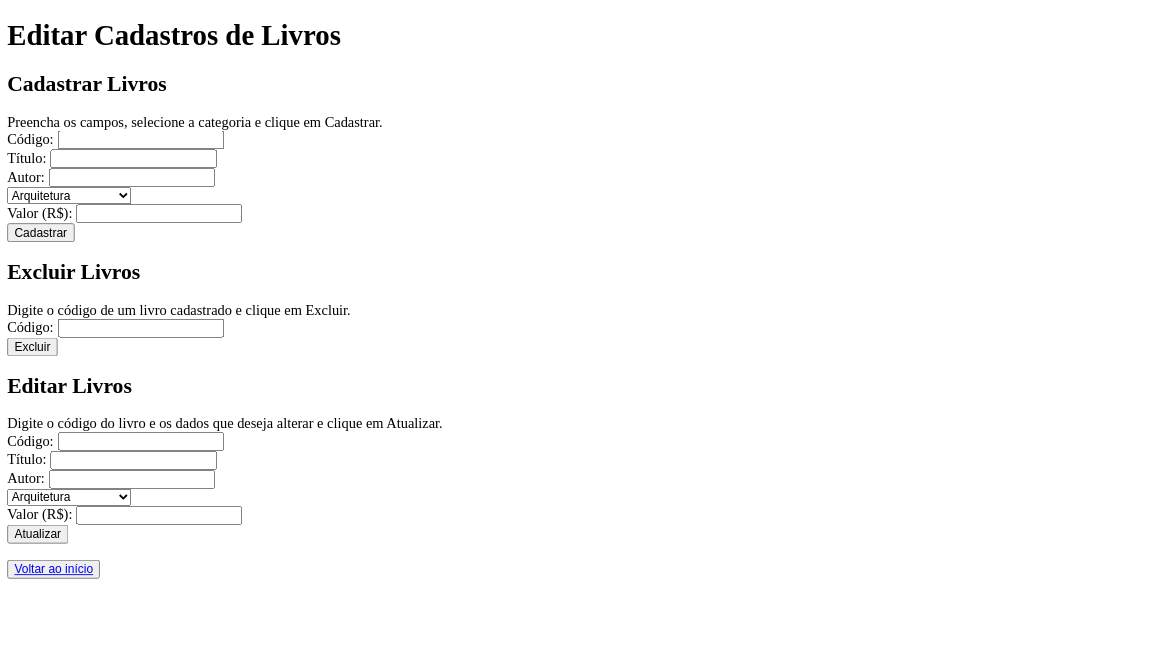
Repository: pedro202100/sistema-de-livros
Page: ProjetoLivrariaClienteServidor/src/main/webapp/cadastar_editar_livros.html
An editor plug-in stored every save of this project. The page is shown before and after the next save, followed by the edit.
The browser window is 1280 px wide. The pictures show the whole page, at 90% of full size.

Above is the page before, as saved 2022-11-07 02:25:04.

After the next save:
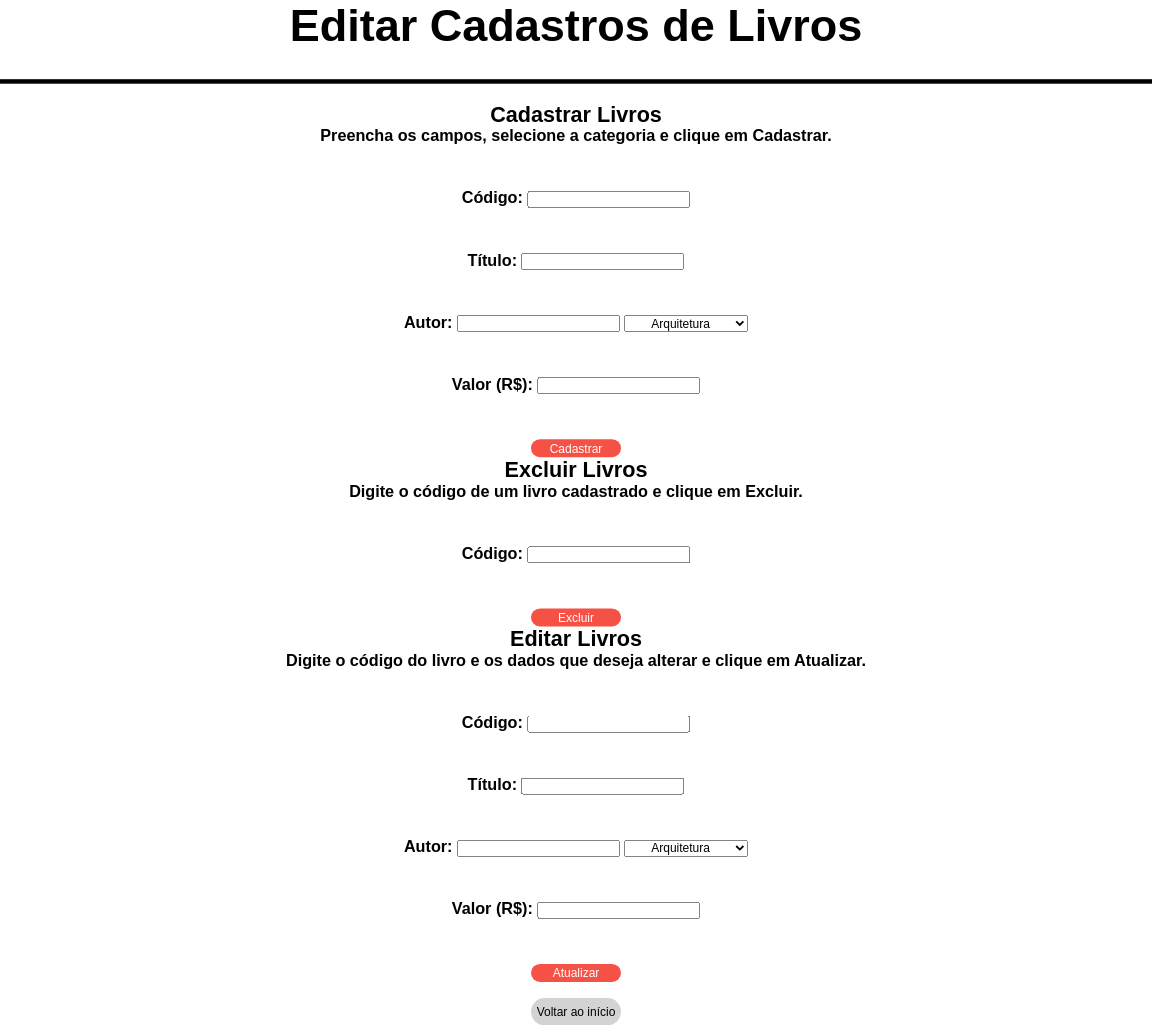
Saved 21 s later.
--- a/ProjetoLivrariaClienteServidor/src/main/webapp/cadastar_editar_livros.html
+++ b/ProjetoLivrariaClienteServidor/src/main/webapp/cadastar_editar_livros.html
@@ -3,68 +3,74 @@
 <head>
 <meta charset="UTF-8">
 <title>Atividade Aula 10</title>
+<link rel="stylesheet" href="cadastrarLivros.css">
 </head>
 <body>
-	<h1>Editar Cadastros de Livros</h1>
-	<h2>Cadastrar Livros</h2>
-	<label>Preencha os campos, selecione a categoria e clique em Cadastrar.</label>
-	<form method="POST" action="Atividade">
-	<input type="hidden" name="action" value="insert"/>
-		<label>Código: </label>
-		<input type="text" name="codigo"><br>
-		<label>Título: </label>
-		<input type="text" name="titulo"><br>
-		<label>Autor: </label>
-		<input type="text" name="autor"><br>
-		<select id="categoria" name="categoria">
-			<option value="Arquitetura">Arquitetura</option>
-			<option value="Design">Design</option>
-			<option value="Informática">Informática</option>
-			<option value="Literatura Brasileira">Literatura Brasileira</option>
-			<option value="Literatura Infantil">Literatura Infantil</option>
-			<option value="Literatura Universal">Literatura Universal</option>
-			<option value="Música e Arte">Música e Arte</option>
-		</select>
-		<br>
-		<label>Valor (R$): </label>
-		<input type="text" name="valor"><br>
-		<input type="submit" value="Cadastrar"><br>
-	</form>
-	<h2>Excluir Livros</h2>
-	<label>Digite o código de um livro cadastrado e clique em Excluir.</label>
-	<form method="POST" action="Atividade">
-	<input type="hidden" name="action" value="delete"/>
-		<label>Código: </label>
-		<input type="text" name="codigo"><br>
-		<input type="submit" value="Excluir"><br>
-	</form>
-	<h2>Editar Livros</h2>
-	<label>Digite o código do livro e os dados que deseja alterar e clique em Atualizar.</label>
-	<form method="POST" action="Atividade">
-	<input type="hidden" name="action" value="update"/>
-		<label>Código: </label>
-		<input type="text" name="codigo"><br>
-		<label>Título: </label>
-		<input type="text" name="titulo"><br>
-		<label>Autor: </label>
-		<input type="text" name="autor"><br>
-		<select id="categoria" name="categoria">
-			<option value="Arquitetura">Arquitetura</option>
-			<option value="Design">Design</option>
-			<option value="Informática">Informática</option>
-			<option value="Literatura Brasileira">Literatura Brasileira</option>
-			<option value="Literatura Infantil">Literatura Infantil</option>
-			<option value="Literatura Universal">Literatura Universal</option>
-			<option value="Música e Arte">Música e Arte</option>
-		</select>
-		<br>
-		<label>Valor (R$): </label>
-		<input type="text" name="valor"><br>
-		<input type="submit" value="Atualizar"><br>
-		<br>
-	</form>
-	<button>
-		<a href="./index.html">Voltar ao início</a>
-	</button><br>
+  <header>
+    <h1>Editar Cadastros de Livros</h1>
+    <div class="divisor"></div>
+  </header>
+  <main>
+    <h2>Cadastrar Livros</h2>
+    <label>Preencha os campos, selecione a categoria e clique em Cadastrar.</label>
+    <form method="POST" action="Atividade">
+    <input type="hidden" name="action" value="insert"/>
+      <label>Código: </label>
+      <input type="text" name="codigo"><br>
+      <label>Título: </label>
+      <input type="text" name="titulo"><br>
+      <label>Autor: </label>
+      <input type="text" name="autor">
+      <select id="categoria" name="categoria">
+        <option value="Arquitetura">Arquitetura</option>
+        <option value="Design">Design</option>
+        <option value="Informática">Informática</option>
+        <option value="Literatura Brasileira">Literatura Brasileira</option>
+        <option value="Literatura Infantil">Literatura Infantil</option>
+        <option value="Literatura Universal">Literatura Universal</option>
+        <option value="Música e Arte">Música e Arte</option>
+      </select>
+      <br>
+      <label>Valor (R$): </label>
+      <input type="text" name="valor"><br>
+      <input type="submit" value="Cadastrar" class="button"><br>
+    </form>
+    <h2>Excluir Livros</h2>
+    <label>Digite o código de um livro cadastrado e clique em Excluir.</label>
+    <form method="POST" action="Atividade">
+    <input type="hidden" name="action" value="delete"/>
+      <label>Código: </label>
+      <input type="text" name="codigo"><br>
+      <input type="submit" value="Excluir" class="button"><br>
+    </form>
+    <h2>Editar Livros</h2>
+    <label>Digite o código do livro e os dados que deseja alterar e clique em Atualizar.</label>
+    <form method="POST" action="Atividade">
+    <input type="hidden" name="action" value="update"/>
+      <label>Código: </label>
+      <input type="text" name="codigo"><br>
+      <label>Título: </label>
+      <input type="text" name="titulo"><br>
+      <label>Autor: </label>
+      <input type="text" name="autor">
+      <select id="categoria" name="categoria">
+        <option value="Arquitetura">Arquitetura</option>
+        <option value="Design">Design</option>
+        <option value="Informática">Informática</option>
+        <option value="Literatura Brasileira">Literatura Brasileira</option>
+        <option value="Literatura Infantil">Literatura Infantil</option>
+        <option value="Literatura Universal">Literatura Universal</option>
+        <option value="Música e Arte">Música e Arte</option>
+      </select>
+      <br>
+      <label>Valor (R$): </label>
+      <input type="text" name="valor"><br>
+      <input type="submit" value="Atualizar" class="button"><br>
+      <br>
+    </form>
+    <button class="button2">
+      <a href="./index.html">Voltar ao início</a>
+    </button><br>
+  </main>
 </body>
 </html>
